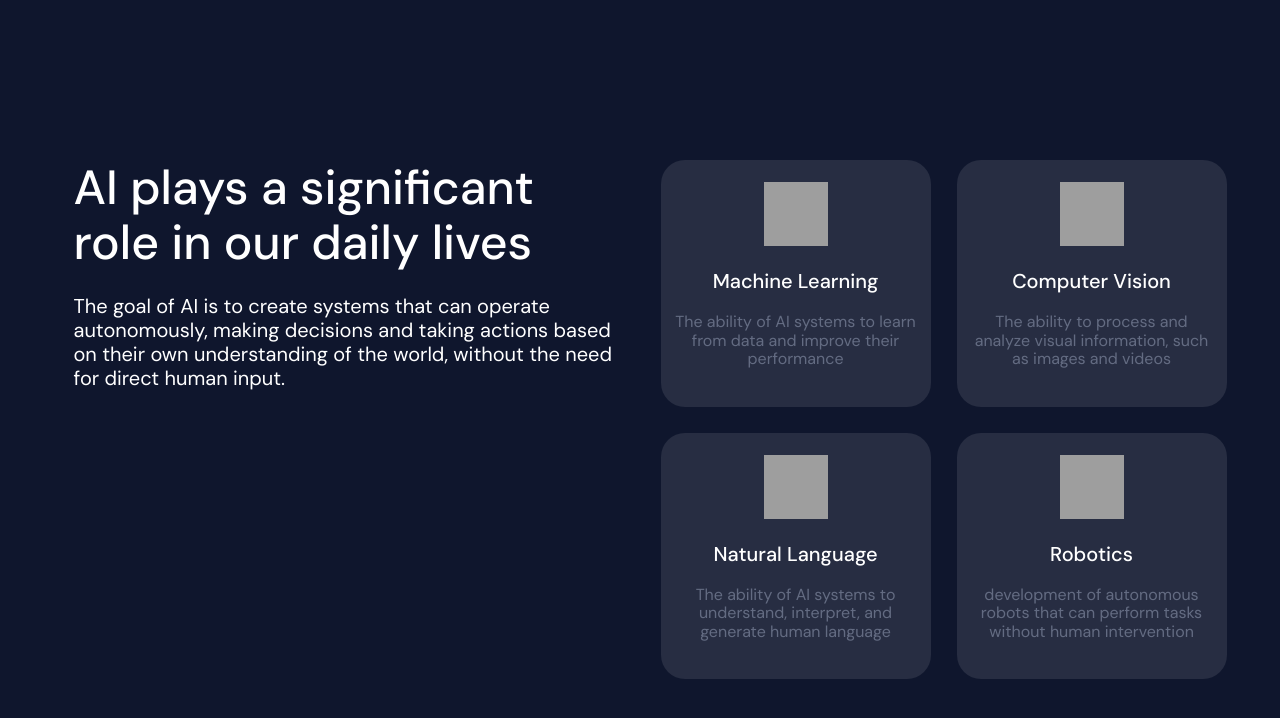
Repository: guli95/four-areas-of-AI-INVO-ACAdemy
Page: /
These files come from the project's save history. The page is drawn as it stood at one moment and after the next save; the edit follows.
The browser window is 1280 px wide. The pictures show the whole page.
Pictures or frames that could not be fetched are drawn as grey boxes. The project was rebuilt for these pictures with package versions that can differ from the ones it lists, and the page was loaded fresh each time.

Above is the page before, as saved 2023-03-13 15:32:32.

### index.html
<!DOCTYPE html>
<html lang="en">

<head>
  <meta charset="UTF-8" />
  <link rel="icon" type="image/svg+xml" href="/vite.svg" />
  <meta name="viewport" content="width=device-width, initial-scale=1.0" />
  <title>Four AI areas</title>
</head>

<!-- In order to start your challenge, remove all the content inside <div id="home-page"></div> and start coding :) -->

<body>
  <div id="home-page">
    <div class="flexbox-container">
      <div class="heading-wrapper">
        <h1 class="heading-title">AI plays a significant role in our daily lives</h1>
        <p class="heading-text">The goal of AI is to create systems that can operate autonomously, making decisions and taking actions based on their own understanding of the world, without the need for direct human input.</p>
      </div>
      <div class="card-container">
        <a href="" class="card-link">
        <div class="card">
          <img src="./public/images/card-icon1.png" alt="" class="card-img" role="presentation">
          <h3 class="card-title">Machine Learning</h3>
          <p class="card-text">The ability of AI systems to learn from data and improve their performance</p>
        </div>
        </a>
        <a href="" class="card-link">
        <div class="card">
          <img src="./public/images/card-icon2.png" alt="" class="card-img" role="presentation">
          <h3 class="card-title">Computer Vision</h3>
          <p class="card-text">The ability to process and analyze visual information, such as images and videos</p>
        </div>
        </a>
        <a href="" class="card-link">
        <div class="card">
          <img src="./public/images/card-icon3.png" alt="" class="card-img" role="presentation">
          <h3 class="card-title">Natural Language</h3>
          <p class="card-text">The ability of AI systems to understand, interpret, and generate human language</p>
        </div>
        </a>
        <a href="" class="card-link">
        <div class="card">
          <img src="./public/images/card-icon4.png" alt="" class="card-img" role="presentation">
          <h3 class="card-title">Robotics</h3>
          <p class="card-text">development of autonomous robots that can perform tasks without human intervention</p>
        </div>
        </a>
      </div>
    </div>
  </div>

  <script type="module" src="/src/global-scripts/main.js"></script>
</body>

</html>

### src/global-scripts/main.js
/// Main JavaScript File
/// Here we import all the global JavaScript files we need for our project.

import "../global-styles/style.scss";
import "../../src/pages/home-page/styles/home-page.scss";

### src/global-styles/style.scss
/// Main Styles File
/// Here we import all the global Styles files we need for our project.

@import "styles/normalize.scss";
@import "styles/root.scss";
@import "styles/fonts.scss";

body {
  font-family: 'DS sans', sans-serif;
  color: var(--color-primary);
}

p {
  color: var(--color-on-surface);
}

### src/pages/home-page/styles/home-page.scss
/// Homepage Styles File
/// Here we import all the Styles files we need for our Homepage.
@import '../../../global-styles/styles/_root.scss';

#home-page{
    color: var(--color-white);
    font-family: 'DM Sans',sans-serif;
    height: 100%;

 .flexbox-container{
    max-width: 1440px;
    padding: 0 20px;
    display: flex;
    justify-content: center;
    margin: 160px auto 0 auto;
    gap: 20px;
    @media screen and (max-width:1024px) {
        flex-direction:column;
        align-items: center;
        gap:24px;
    }
    @media screen and (max-width:480px) {
        padding: 48px 16px;
    }
    .heading-wrapper{
        font-family: "DM Sans", sans-serif;
        text-align: left ;
        vertical-align: top;
        max-width: 540px;
        padding-left: 47px;
        @media screen and (max-width:1024px) {
            width: 100%;
            padding: 0 16px;
        }
        .heading-title{
            font-size: var(--text-xl);
            font-weight: 500;
            line-height: 115%;
            letter-spacing: 0.2%;
            margin: 0 0 24px 0;
            @media screen and (max-width:1024px) {
                margin-bottom: 16px;
            }
            @media screen and (max-width:1024px) {
                font-size: var(--text-l);
            }
        }
        .heading-text{
            font-size: var(--text-m);
            line-height: 24px;
            font-weight: 300;

        }
        @media screen and (max-width:480px) {
            font-size: var(--text-s);
        }
    }
    .card-container{
        display: flex;
        justify-content: center;
        flex-wrap: wrap;
        gap: 26px;
        max-width: 620px;
        @media screen and (max-width:1024px) {
            width: 100%;
            gap:16px;
        }
        .card-link{
            display: flex;
            color: var(--color-white);
            text-decoration: none;
            flex-direction: column;
            justify-content: space-around;
            align-items: center;
            width: 250px;
            padding: 22px 10px;
            background-color:var(--color-secondary-grey);
            text-align: center;
            border-radius: var(--rounding-big);
            transition: .2s;
            &:hover{
                background-color: lighten($color: #272D42, $amount: 10) ;
            }
            @media screen and (max-width:480px) {
                width: 100%;
            }
            .card-img{
                width: 64px;
                height: 64px;
                @media screen and (max-width:1024px) {
                    width: 56px;
                    height: 56px;
                }
            }
            .card-title{
                font-size: var(--text-m);
                font-weight: 500;
            }
            .card-text{
                font-size: var(--text-s);
                mix-blend-mode:soft-light;
                @media screen and (max-width:1024px) {
                    font-size: var(--text-xs);
                }
            }
        }

    }
}

}

### src/global-styles/styles/normalize.scss
/*! normalize.css v8.0.1 | MIT License | github.com/necolas/normalize.css */

/* Document
   ========================================================================== */

/**
 * 1. Correct the line height in all browsers.
 * 2. Prevent adjustments of font size after orientation changes in iOS.
 */

html {
  line-height: 1.15; /* 1 */
  -webkit-text-size-adjust: 100%; /* 2 */
  background-color: var(--color-primary-dark-blue);
}

/* Sections
   ========================================================================== */

/**
 * Remove the margin in all browsers.
 */

body {
  margin: 0;
}

/**
 * Render the `main` element consistently in IE.
 */

main {
  display: block;
}

/**
 * Correct the font size and margin on `h1` elements within `section` and
 * `article` contexts in Chrome, Firefox, and Safari.
 */

h1 {
  font-size: 2em;
  margin: 0.67em 0;
}

/* Grouping content
   ========================================================================== */

/**
 * 1. Add the correct box sizing in Firefox.
 * 2. Show the overflow in Edge and IE.
 */

hr {
  box-sizing: content-box; /* 1 */
  height: 0; /* 1 */
  overflow: visible; /* 2 */
}

/**
 * 1. Correct the inheritance and scaling of font size in all browsers.
 * 2. Correct the odd `em` font sizing in all browsers.
 */

pre {
  font-family: monospace, monospace; /* 1 */
  font-size: 1em; /* 2 */
}

/* Text-level semantics
   ========================================================================== */

/**
 * Remove the gray background on active links in IE 10.
 */

a {
  background-color: transparent;
}

/**
 * 1. Remove the bottom border in Chrome 57-
 * 2. Add the correct text decoration in Chrome, Edge, IE, Opera, and Safari.
 */

abbr[title] {
  border-bottom: none; /* 1 */
  text-decoration: underline; /* 2 */
  text-decoration: underline dotted; /* 2 */
}

/**
 * Add the correct font weight in Chrome, Edge, and Safari.
 */

b,
strong {
  font-weight: bolder;
}

/**
 * 1. Correct the inheritance and scaling of font size in all browsers.
 * 2. Correct the odd `em` font sizing in all browsers.
 */

code,
kbd,
samp {
  font-family: monospace, monospace; /* 1 */
  font-size: 1em; /* 2 */
}

/**
 * Add the correct font size in all browsers.
 */

small {
  font-size: 80%;
}

/**
 * Prevent `sub` and `sup` elements from affecting the line height in
 * all browsers.
 */

sub,
sup {
  font-size: 75%;
  line-height: 0;
  position: relative;
  vertical-align: baseline;
}

sub {
  bottom: -0.25em;
}

sup {
  top: -0.5em;
}

/* Embedded content
   ========================================================================== */

/**
 * Remove the border on images inside links in IE 10.
 */

img {
  border-style: none;
}

/* Forms
   ========================================================================== */

/**
 * 1. Change the font styles in all browsers.
 * 2. Remove the margin in Firefox and Safari.
 */

button,
input,
optgroup,
select,
textarea {
  font-family: inherit; /* 1 */
  font-size: 100%; /* 1 */
  line-height: 1.15; /* 1 */
  margin: 0; /* 2 */
}

/**
 * Show the overflow in IE.
 * 1. Show the overflow in Edge.
 */

button,
input { /* 1 */
  overflow: visible;
}

/**
 * Remove the inheritance of text transform in Edge, Firefox, and IE.
 * 1. Remove the inheritance of text transform in Firefox.
 */

button,
select { /* 1 */
  text-transform: none;
}

/**
 * Correct the inability to style clickable types in iOS and Safari.
 */

button,
[type="button"],
[type="reset"],
[type="submit"] {
  -webkit-appearance: button;
}

/**
 * Remove the inner border and padding in Firefox.
 */

button::-moz-focus-inner,
[type="button"]::-moz-focus-inner,
[type="reset"]::-moz-focus-inner,
[type="submit"]::-moz-focus-inner {
  border-style: none;
  padding: 0;
}

/**
 * Restore the focus styles unset by the previous rule.
 */

button:-moz-focusring,
[type="button"]:-moz-focusring,
[type="reset"]:-moz-focusring,
[type="submit"]:-moz-focusring {
  outline: 1px dotted ButtonText;
}

/**
 * Correct the padding in Firefox.
 */

fieldset {
  padding: 0.35em 0.75em 0.625em;
}

/**
 * 1. Correct the text wrapping in Edge and IE.
 * 2. Correct the color inheritance from `fieldset` elements in IE.
 * 3. Remove the padding so developers are not caught out when they zero out
 *    `fieldset` elements in all browsers.
 */

legend {
  box-sizing: border-box; /* 1 */
  color: inherit; /* 2 */
  display: table; /* 1 */
  max-width: 100%; /* 1 */
  padding: 0; /* 3 */
  white-space: normal; /* 1 */
}

/**
 * Add the correct vertical alignment in Chrome, Firefox, and Opera.
 */

progress {
  vertical-align: baseline;
}

/**
 * Remove the default vertical scrollbar in IE 10+.
 */

textarea {
  overflow: auto;
}

/**
 * 1. Add the correct box sizing in IE 10.
 * 2. Remove the padding in IE 10.
 */

[type="checkbox"],
[type="radio"] {
  box-sizing: border-box; /* 1 */
  padding: 0; /* 2 */
}

/**
 * Correct the cursor style of increment and decrement buttons in Chrome.
 */

[type="number"]::-webkit-inner-spin-button,
[type="number"]::-webkit-outer-spin-button {
  height: auto;
}

/**
 * 1. Correct the odd appearance in Chrome and Safari.
 * 2. Correct the outline style in Safari.
 */

[type="search"] {
  -webkit-appearance: textfield; /* 1 */
  outline-offset: -2px; /* 2 */
}

/**
 * Remove the inner padding in Chrome and Safari on macOS.
 */

[type="search"]::-webkit-search-decoration {
  -webkit-appearance: none;
}

/**
 * 1. Correct the inability to style clickable types in iOS and Safari.
 * 2. Change font properties to `inherit` in Safari.
 */

::-webkit-file-upload-button {
  -webkit-appearance: button; /* 1 */
  font: inherit; /* 2 */
}

/* Interactive
   ========================================================================== */

/*
 * Add the correct display in Edge, IE 10+, and Firefox.
 */

details {
  display: block;
}

/*
 * Add the correct display in all browsers.
 */

summary {
  display: list-item;
}

/* Misc
   ========================================================================== */

/**
 * Add the correct display in IE 10+.
 */

template {
  display: none;
}

/**
 * Add the correct display in IE 10.
 */

[hidden] {
  display: none;
}

### src/global-styles/styles/root.scss
/// Root Styles file
/// Here we define all the root variables we need for our project.
/// For examples see Material Design color system: https://m2.material.io/design/color/the-color-system.html

:root {
    $--color-primary-dark-blue: #0F162D !global;
    --color-primary-pink: #CA59FF;
    --color-primary-purple: #6C7CFF;
    --color-primary-green: #2AFFFF;
    --color-primary-yellow: #FFF629;
    --color-white: #FFFFFF;
    --color-black: #000;
    --color-secondary-grey:#272D42;

}

### src/global-styles/styles/fonts.scss
/// Main Fonts File
/// Here we import all the fonts files we need for our project.

@import url('https://fonts.googleapis.com/css2?family=Roboto:ital,wght@0,100;0,300;0,400;0,500;0,700;0,900;1,100;1,300;1,400;1,500;1,700;1,900&display=swap');
@import url('https://fonts.googleapis.com/css2?family=DM+Sans:wght@400;500&display=swap');

### src/global-styles/styles/_root.scss
/// Root Styles file
/// Here we define all the root variables we need for our project.
/// For examples see Material Design color system: https://m2.material.io/design/color/the-color-system.html

:root {
    //colors
    --color-primary-dark-blue: #0F162D ;
    --color-primary-pink: #CA59FF;
    --color-primary-purple: #6C7CFF;
    --color-primary-green: #2AFFFF;
    --color-primary-yellow: #FFF629;
    --color-white: #FFFFFF;
    --color-black: #000;
    --color-secondary-grey:#272D42;

    //font-size
    --text-xl:48px;
    --text-l:32px;
    --text-m:20px;
    --text-s:16px;
    --text-xs:14px;

    //rounding
    --rounding-big:24px;
    --rounding-small:16px;
}

After the next save:
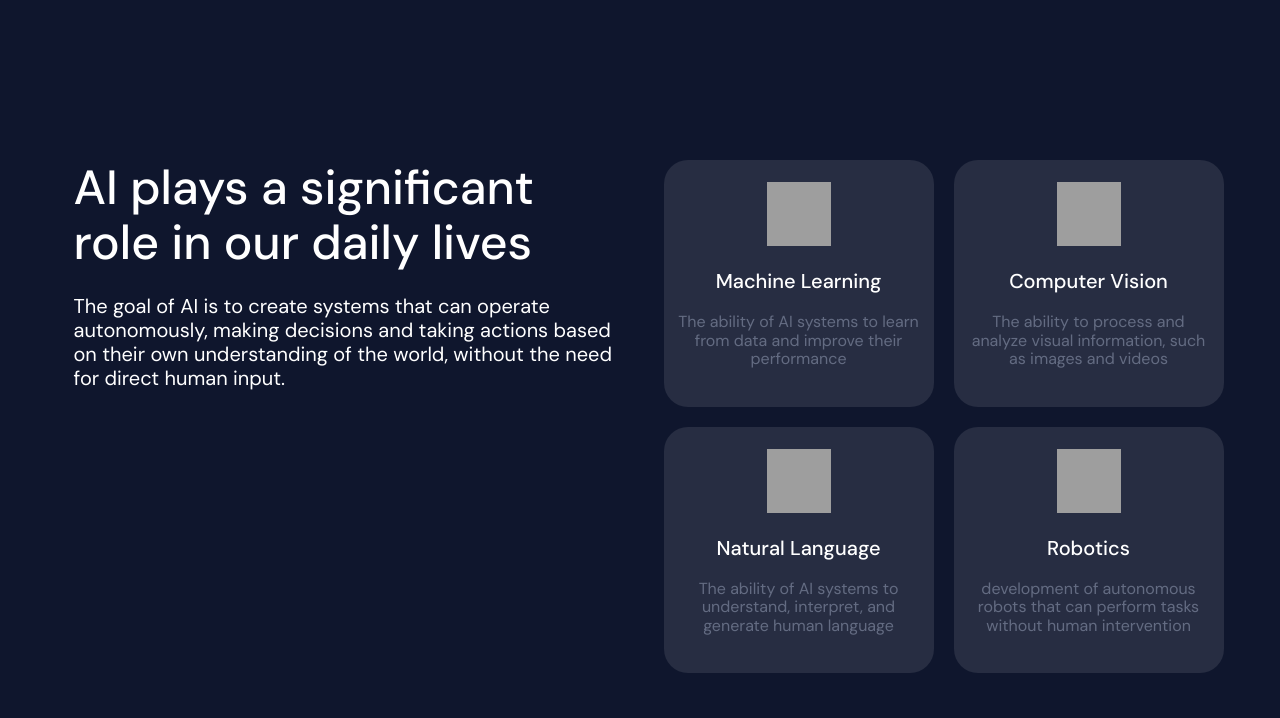
Saved 8 s later.
--- a/src/pages/home-page/styles/home-page.scss
+++ b/src/pages/home-page/styles/home-page.scss
@@ -59,7 +59,7 @@
         display: flex;
         justify-content: center;
         flex-wrap: wrap;
-        gap: 26px;
+        gap: 20px;
         max-width: 620px;
         @media screen and (max-width:1024px) {
             width: 100%;
